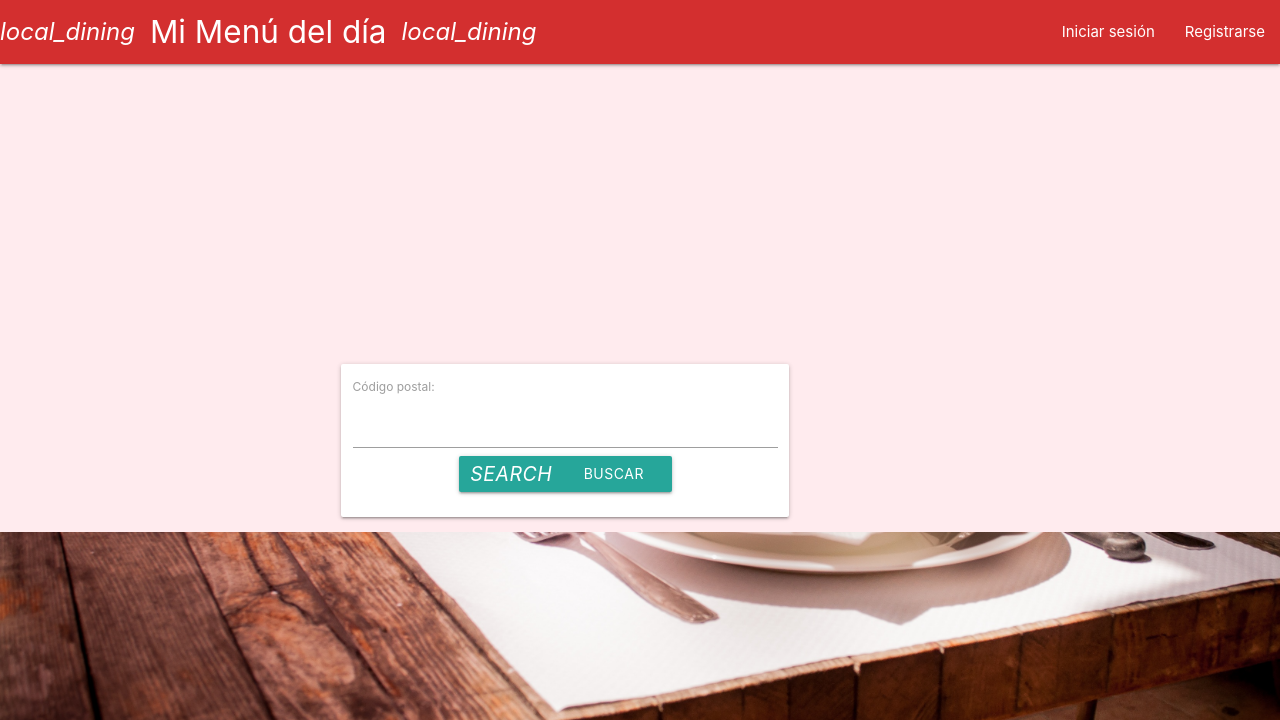
Repository: ixtab/ProyectoJavaRestaurante
Page: http://localhost/MiMenu/
These files come from the project's save history. The page is drawn as it stood at one moment and after the next save; the edit follows.
The browser window is 1280 px wide. The pictures show the whole page.
The page is served by Tomcat 9.

Above is the page before, as saved 2019-03-17 19:33:32.

### MiMenu/WebContent/index.jsp
<%@ page language="java" contentType="text/html; charset=ISO-8859-1"
    pageEncoding="ISO-8859-1"%>
<!DOCTYPE html>
<html>
<head>
	<meta charset="utf-8">
      <link href="https://fonts.googleapis.com/icon?family=Material+Icons" rel="stylesheet">
      <link type="text/css" rel="stylesheet" href="css/materialize.min.css"  media="screen,projection"/>
      <link type="text/css" rel="stylesheet" href="css/style.css" />
      <meta name="viewport" content="width=device-width, initial-scale=1.0"/>
	<title>Mi Menú del día</title>

</head>
<body>

	<header>
			<nav>
			    <div class="red darken-2 nav-wrapper">
			      <a href="#" class="brand-logo"><i class="large material-icons">local_dining</i> Mi Menú del día <i class="large material-icons right">local_dining</i></a>
			      <ul id="nav-mobile" class="right hide-on-med-and-down">
			        <li><a href="iniciar.jsp">Iniciar sesión</a></li>
			        <li><a href="registro.jsp">Registrarse</a></li>
			      </ul>
			    </div>
			  </nav>
		</header>

	<div class="margen-superior container row ">



		<div class="margen-superior card-panel col s6 offset-s2 padding hoverable">

			<form class = "flow-text">
				<label >Código postal:<input type="text" id="cp"></label>

			</form>
			<a class=" margen-inferior waves-effect waves-light btn col s6 offset-s3" onclick="buscar()"><i class="material-icons left">search</i>Buscar</a>
			<div id= "contenedor">

			</div>
		</div>
	</div>


	<script type="text/javascript" src="js/materialize.min.js"></script>
</body>
</html>

### MiMenu/WebContent/css/style.css
html {
    background: url(../img/fondo.jpg) no-repeat center center fixed;
    -webkit-background-size: cover;
    -moz-background-size: cover;
    -o-background-size: cover;
    background-size: cover;
}

body {
	background-color: #ffebee;
}


.margen-superior {
	margin-top: 150px;
}

.margen-inferior {
	margin-bottom: 25px;
}

.mapa {
	display: none;
}

Loaded but not shown: MiMenu/WebContent/css/materialize.min.css (library); MiMenu/WebContent/js/materialize.min.js (library)

After the next save:
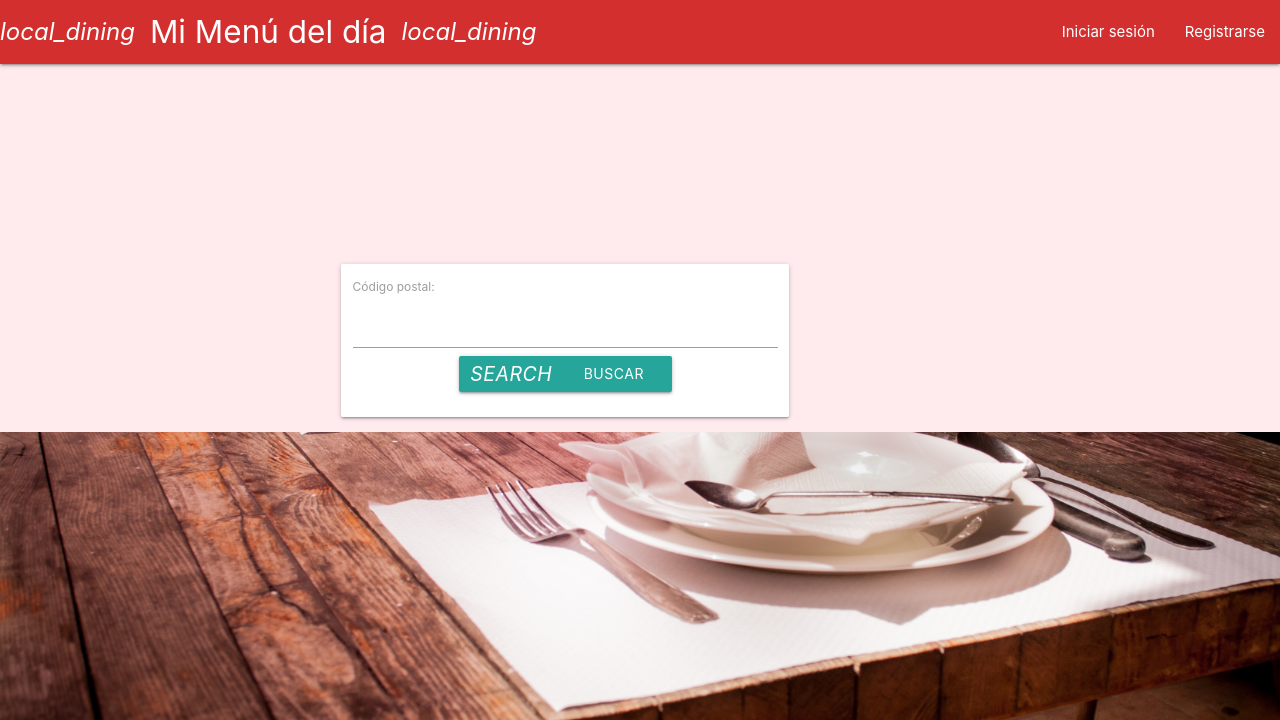
Saved 12 s later.
--- a/MiMenu/WebContent/css/style.css
+++ b/MiMenu/WebContent/css/style.css
@@ -12,7 +12,7 @@ body {
 
 
 .margen-superior {
-	margin-top: 150px;
+	margin-top: 100px;
 }
 
 .margen-inferior {
